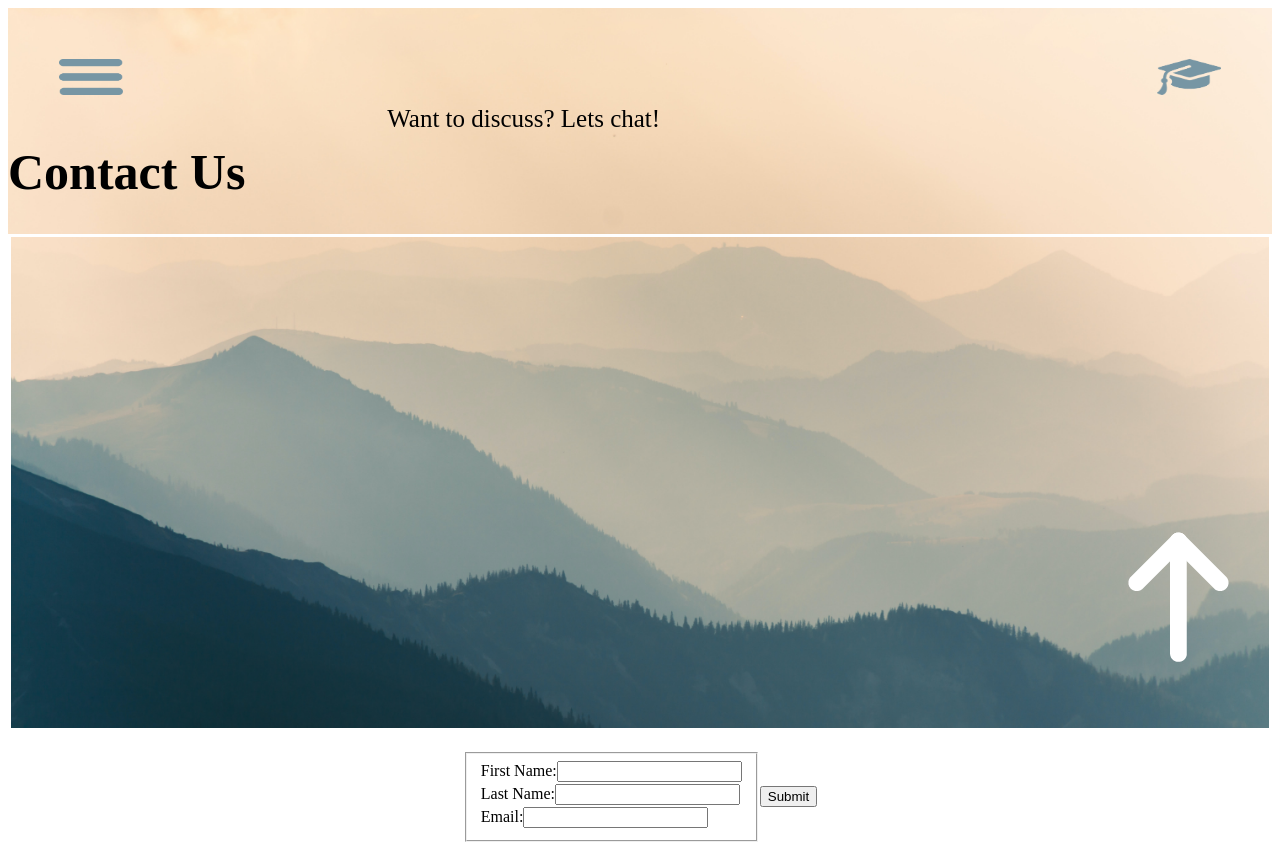
Repository: sierralaurent/MDIA2109-Assignment01
Page: /contact
These files come from the project's save history. The page is drawn as it stood at one moment and after the next save; the edit follows.
The browser window is 1280 px wide. The pictures show the whole page.
The project was rebuilt for these pictures with package versions that can differ from the ones it lists, and the page was loaded fresh each time. The framework's server and built-in components were replaced by stand-ins that run in the browser. Also part of the build but not shown: next.config.js.

Above is the page before, as saved 2023-02-05 09:42:27.

### pages/contact.js
import Head from 'next/head'
import Image from 'next/image'
import { Inter } from '@next/font/google'
import styles from '@/styles/Home.module.css'
import Link from 'next/link'

export default function Contact() {
    return (
        <>
        <Head>
        <title>Contact Us</title>
        <meta name="author" content="MDIA 2109" />
        <meta property="og:title" content="Assignment #1 - Contact Us Page" />
        <meta property="og:description" content="BCIT Digital Design and Development Diploma" />
        <link rel="icon" href="/favicon.png" />
      </Head>
      <main className={styles.main}>
        <div className={styles.nav}>
            <img src="icons/menu-icon.png" className={styles.icon1}/>
            <img src="icons/graduation-hat.png" className={styles.icon2}/>
          </div>
          <div className={styles.header}><h1>Contact Us</h1></div>
        <div className={styles.field}>
            <p>Want to discuss? Lets chat!</p>
            </div>
            <div className={styles.middle2}>
              <div className={styles.inputs}>
              <form>
                <fieldset>
                <table>
                    <thead>
                        <tr>
                          <label for="fname">First Name:</label>
                          <input type="text" id="fname" name="fname"></input>
                        </tr>
                        <tr>
                          <label for="lname">Last Name:</label>
                          <input type="text" id="name" name="lname"></input>
                        </tr>
                    </thead>
                    <thead>
                    <label for="email">Email:</label>
                          <input type="email" id="email" name="email"></input>
                    </thead>
                </table>
                </fieldset>
            </form>
            <button type="submit">Submit</button>
              </div>
            </div>
        <div className={styles.bottom}>
            <a href="/about">
              <span className={styles.icon3}>
                <img src="icons/upwardArrow.png"/>
              </span>
            </a>
          </div>
      </main>
        </>
    )
  }

### styles/Home.module.css
.carouselImage {
  height: 200px;
  background-repeat: no-repeat;
  background-size: cover;
  display: flex;
  justify-content: center;
  align-items: center;
  margin: 40px 0px;
}
.main {
  background-image: url('../public/background-images/backgroundMountain.jpg');
  background-size: cover;
  height: 100vh;
  position: relative;
}

.mainABOUT {
  background-color: #14343d;
}

.About {
  display: flex;
  justify-content: center;
  padding-top: 5%;
  font-size: 30px;
}

.infodiv {
  display: flex;
  justify-content: center;
  align-items: center ;
}

.info p {
  padding-top: 3%;
  padding-bottom: 3%;
  font-size: 16px;
}

.info li {
  padding-top: 3%;
  padding-bottom: 3%;
  font-size: 20px;
}
.info {
  display: flex;
  flex-direction: column;
  justify-content: left;
  padding: 8%;
}

.header {
  display: flex;
  flex-direction: column;

}

.header h1 {
  font-size: 50px;
}

.intro {
  position: absolute;

}

.field {
  display: flex;
  justify-content: center;
  padding-top: 40%;
  align-items: center;
  border: 3px solid white;
}

.middle2 {
  justify-content: center;
  align-items: center;
  border: 3px solid white;

}

.inputs {
  display: flex;
  justify-content: center;
  align-items: center;
  border: 3px solid white;
}

.field p {
  font-size: 25px;
  position: absolute;
  top: 10%;
  left: 30%;
}

.buttons {
  position: absolute;
  bottom: 6rem;
  left: 1rem;

}
.butt {
  border: 3px solid white;
  border-radius: 8%;
  background-color: transparent;
  width: 10vw;
  height: 2.5vh;
  max-width: 15vw;
  max-height: 5vh;
  font-size: 1.25vh;

}

.butt:hover {
  background-color: white;
  color: black;
}

.intro h1 {
  font-size: 50px;
  padding: 2%;
}
.p {
  font-size: 22px;
  padding: 2%;
}

.middle {
  position: absolute;
  height: 40vh;
  width: 40vw;
  max-width: 40vw;
  max-height: 40vh;
  top: 30rem;
  left: 20rem;
}

.icon1 {
  width: 5vw;
  height: 5vh;
  float: left;
}

.icon2 {
  width: 5vw;
  height: 5vh;
  float: right;
}

.arrows {
  display: flex;
  flex-direction: column;
  padding: 5%;
}

.icon3 {
  width: 5vw;
  height: 5vh;
  float: right;
}

.bottom {
  position: absolute;
  bottom: 10rem;
  right: 5rem;
}

.nav {
  padding: 4%;
}

Loaded but not shown: pages/_document.js (common file); pages/api/hello.js (common file)

After the next save:
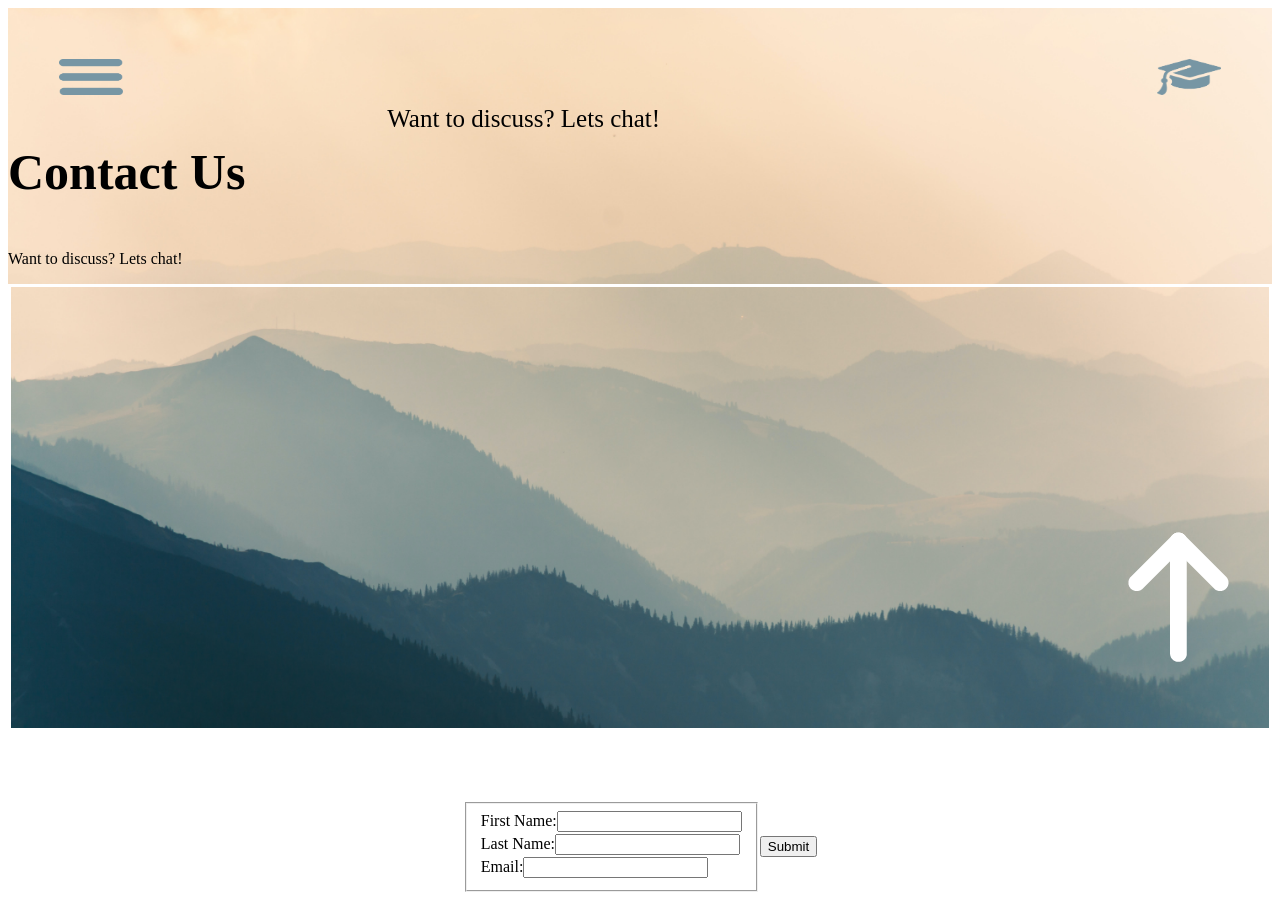
Saved 31 s later.
--- a/pages/contact.js
+++ b/pages/contact.js
@@ -19,7 +19,9 @@ export default function Contact() {
             <img src="icons/menu-icon.png" className={styles.icon1}/>
             <img src="icons/graduation-hat.png" className={styles.icon2}/>
           </div>
-          <div className={styles.header}><h1>Contact Us</h1></div>
+          <div className={styles.header}>
+            <h1>Contact Us</h1>
+            <p>Want to discuss? Lets chat!</p></div>
         <div className={styles.field}>
             <p>Want to discuss? Lets chat!</p>
             </div>
